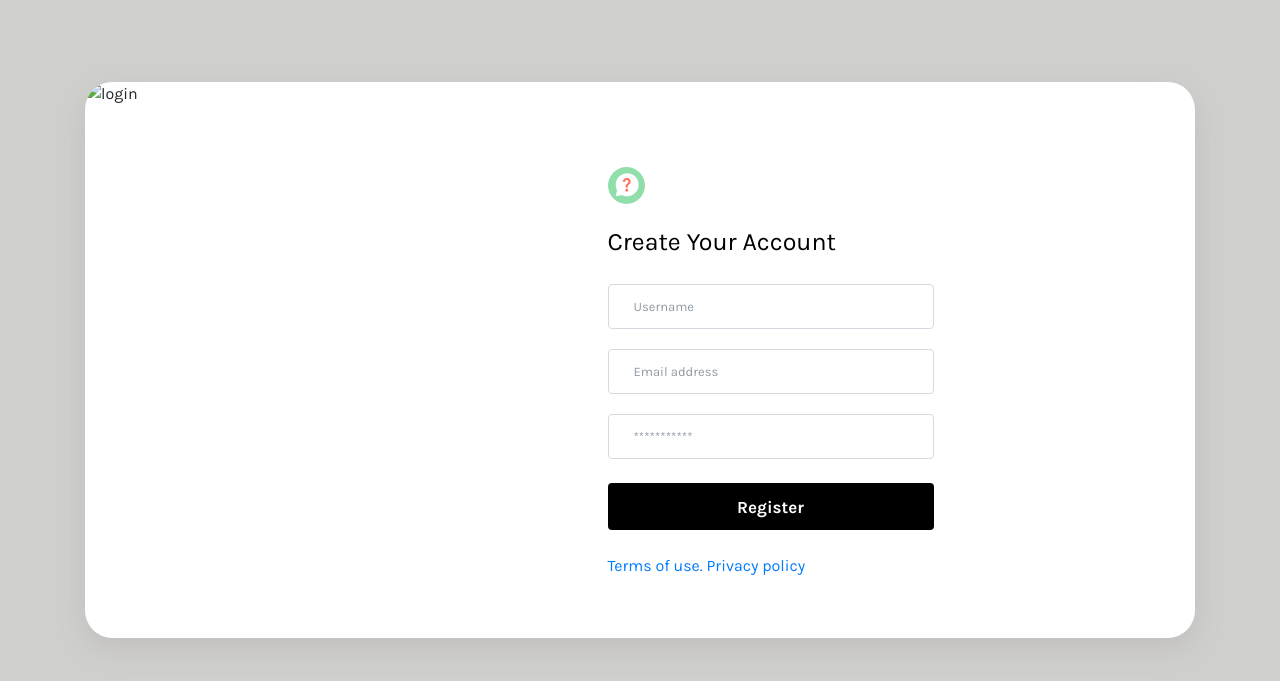
Repository: sara55m/Login
Page: http://localhost/register
An editor plug-in stored every save of this project. The page is shown before and after the next save, followed by the edit.
The browser window is 1280 px wide. The pictures show the whole page.
Some web libraries are served in a nearby version. The page is served by the project's Laravel application, run on PHP 8.4 with Laravel 10. Other server files are loaded and not shown.

Above is the page before, as saved 2024-03-01 17:15:22.

### routes/web.php
<?php

use Illuminate\Support\Facades\Route;

/*
|--------------------------------------------------------------------------
| Web Routes
|--------------------------------------------------------------------------
|
| Here is where you can register web routes for your application. These
| routes are loaded by the RouteServiceProvider and all of them will
| be assigned to the "web" middleware group. Make something great!
|
*/

Route::get('/', function () {
    return view('welcome');
});


Route::get('/register', function () {
    return view('register');
});

### resources/views/register.blade.php
<!DOCTYPE html>
<html lang="en">
<head>
  <meta charset="UTF-8">
  <meta name="viewport" content="width=device-width, initial-scale=1.0">
  <meta http-equiv="X-UA-Compatible" content="ie=edge">
  <title>Register Template</title>
  <link href="https://fonts.googleapis.com/css?family=Karla:400,700&display=swap" rel="stylesheet">
  <link rel="stylesheet" href="https://cdn.materialdesignicons.com/4.8.95/css/materialdesignicons.min.css">
  <link rel="stylesheet" href="https://stackpath.bootstrapcdn.com/bootstrap/4.4.1/css/bootstrap.min.css">
  <link rel="stylesheet" href="assets/css/login.css">
</head>
<body>
  <main class="d-flex align-items-center min-vh-100 py-3 py-md-0">
    <div class="container">
      <div class="card login-card">
        <div class="row no-gutters">
          <div class="col-md-5">
            <img src="assets/images/images.jpg" alt="login" class="login-card-img">
          </div>
          <div class="col-md-7">
            <div class="card-body">
              <div class="brand-wrapper">
                <img src="assets/images/question.svg" alt="logo" class="logo">
              </div>
              <p class="login-card-description">Create Your Account</p>
              <form action="#!">
                <div class="form-group">
                    <label for="username" class="sr-only">Username</label>
                    <input type="text" name="username" id="username" class="form-control" placeholder="Username">
                  </div>
                  <div class="form-group">
                    <label for="email" class="sr-only">Email</label>
                    <input type="email" name="email" id="email" class="form-control" placeholder="Email address">
                  </div>
                  <div class="form-group mb-4">
                    <label for="password" class="sr-only">Password</label>
                    <input type="password" name="password" id="password" class="form-control" placeholder="***********">
                  </div>
                  <input name="register" id="register" class="btn btn-block login-btn mb-4" type="button" value="Register">
                </form>

                  <a href="#!">Terms of use.</a>
                  <a href="#!">Privacy policy</a>
                </nav>
            </div>
          </div>
        </div>
      </div>
      <!-- <div class="card login-card">
        <img src="assets/images/login.jpg" alt="login" class="login-card-img">
        <div class="card-body">
          <h2 class="login-card-title">Login</h2>
          <p class="login-card-description">Sign in to your account to continue.</p>
          <form action="#!">
            <div class="form-group">
              <label for="email" class="sr-only">Email</label>
              <input type="email" name="email" id="email" class="form-control" placeholder="Email">
            </div>
            <div class="form-group">
              <label for="password" class="sr-only">Password</label>
              <input type="password" name="password" id="password" class="form-control" placeholder="Password">
            </div>
            <div class="form-prompt-wrapper">
              <div class="custom-control custom-checkbox login-card-check-box">
                <input type="checkbox" class="custom-control-input" id="customCheck1">
                <label class="custom-control-label" for="customCheck1">Remember me</label>
              </div>
              <a href="#!" class="text-reset">Forgot password?</a>
            </div>
            <input name="login" id="login" class="btn btn-block login-btn mb-4" type="button" value="Login">
          </form>
          <p class="login-card-footer-text">Don't have an account? <a href="#!" class="text-reset">Register here</a></p>
        </div>
      </div> -->
    </div>
  </main>
  <script src="https://code.jquery.com/jquery-3.4.1.min.js"></script>
  <script src="https://cdn.jsdelivr.net/npm/popper.js@1.16.0/dist/umd/popper.min.js"></script>
  <script src="https://stackpath.bootstrapcdn.com/bootstrap/4.4.1/js/bootstrap.min.js"></script>
</body>
</html>

### public/assets/css/login.css
body {
  font-family: "Karla", sans-serif;
  background-color: #d0d0ce;
  min-height: 100vh; }

.brand-wrapper {
  margin-bottom: 19px; }
  .brand-wrapper .logo {
    height: 37px; }

.login-card {
  border: 0;
  border-radius: 27.5px;
  box-shadow: 0 10px 30px 0 rgba(172, 168, 168, 0.43);
  overflow: hidden; }
  .login-card-img {
    border-radius: 0;
    position: absolute;
    width: 100%;
    height: 100%;
    -o-object-fit: cover;
       object-fit: cover; }
  .login-card .card-body {
    padding: 85px 60px 60px; }
    @media (max-width: 422px) {
      .login-card .card-body {
        padding: 35px 24px; } }
  .login-card-description {
    font-size: 25px;
    color: #000;
    font-weight: normal;
    margin-bottom: 23px; }
  .login-card form {
    max-width: 326px; }
  .login-card .form-control {
    border: 1px solid #d5dae2;
    padding: 15px 25px;
    margin-bottom: 20px;
    min-height: 45px;
    font-size: 13px;
    line-height: 15;
    font-weight: normal; }
    .login-card .form-control::-webkit-input-placeholder {
      color: #919aa3; }
    .login-card .form-control::-moz-placeholder {
      color: #919aa3; }
    .login-card .form-control:-ms-input-placeholder {
      color: #919aa3; }
    .login-card .form-control::-ms-input-placeholder {
      color: #919aa3; }
    .login-card .form-control::placeholder {
      color: #919aa3; }
  .login-card .login-btn {
    padding: 13px 20px 12px;
    background-color: #000;
    border-radius: 4px;
    font-size: 17px;
    font-weight: bold;
    line-height: 20px;
    color: #fff;
    margin-bottom: 24px; }
    .login-card .login-btn:hover {
      border: 1px solid #000;
      background-color: transparent;
      color: #000; }
  .login-card .forgot-password-link {
    font-size: 14px;
    color: #919aa3;
    margin-bottom: 12px; }
  .login-card-footer-text {
    font-size: 16px;
    color: #0d2366;
    margin-bottom: 60px; }
    @media (max-width: 767px) {
      .login-card-footer-text {
        margin-bottom: 24px; } }
  .login-card-footer-nav a {
    font-size: 14px;
    color: #919aa3; }

/*# sourceMappingURL=login.css.map */

### public/assets/images/question.svg
<?xml version="1.0" encoding="iso-8859-1"?>
<!-- Generator: Adobe Illustrator 19.0.0, SVG Export Plug-In . SVG Version: 6.00 Build 0)  -->
<svg version="1.1" id="Layer_1" xmlns="http://www.w3.org/2000/svg" xmlns:xlink="http://www.w3.org/1999/xlink" x="0px" y="0px"
	 viewBox="0 0 508 508" style="enable-background:new 0 0 508 508;" xml:space="preserve">
<circle style="fill:#90DFAA;" cx="254" cy="254" r="254"/>
<path style="fill:#FFFFFF;" d="M263.3,87.5c-86.8,0-157.2,70.4-157.2,157.2c0,27.2,6.9,52.8,19.1,75.1l-19.1,82.1l82.1-19.1
	c22.3,12.2,47.9,19.1,75.1,19.1c86.8,0,157.2-70.4,157.2-157.2S350.1,87.5,263.3,87.5z"/>
<path style="fill:#FF7058;" d="M271.6,280.3h-29.3v-15.8c0-6.9,0.8-12.1,2.5-15.4c1.6-3.4,5.2-7.8,10.8-13.3l18.9-18.9
	c4-4.3,6-9.7,6-16.1c0-6.4-2.1-11.7-6.2-15.9c-4.2-4.2-9.5-6.4-16.1-6.4s-12,2-16.5,6.1c-4.4,4.1-7,9.5-7.7,16.2h-31.4
	c1.7-15.4,7.7-27.4,18-36.1c10.3-8.7,23.1-13.1,38.5-13.1s27.9,4.2,37.6,12.6c9.7,8.4,14.5,20.1,14.5,35.1c0,10.4-2.8,19-8.5,25.9
	c-3.3,4.1-5.8,7.1-7.5,8.8s-4,3.9-6.9,6.6c-2.9,2.7-5.3,5-7.3,7s-3.6,3.7-4.8,5.1c-3.1,3.8-4.7,9.2-4.7,16.1v11.5H271.6z
	 M257.5,337.9c-5.4,0-10.1-1.9-14.1-5.6s-6-8.2-6-13.5s1.9-9.8,5.8-13.6c3.9-3.8,8.6-5.7,14-5.7c5.4,0,10.1,1.9,14.1,5.6
	s5.9,8.2,5.9,13.5s-1.9,9.8-5.8,13.6C267.6,336,262.9,337.9,257.5,337.9z"/>
<g>
</g>
<g>
</g>
<g>
</g>
<g>
</g>
<g>
</g>
<g>
</g>
<g>
</g>
<g>
</g>
<g>
</g>
<g>
</g>
<g>
</g>
<g>
</g>
<g>
</g>
<g>
</g>
<g>
</g>
</svg>

### public/assets/images/email.svg
<?xml version="1.0" encoding="iso-8859-1"?>
<!-- Generator: Adobe Illustrator 19.0.0, SVG Export Plug-In . SVG Version: 6.00 Build 0)  -->
<svg version="1.1" id="Layer_1" xmlns="http://www.w3.org/2000/svg" xmlns:xlink="http://www.w3.org/1999/xlink" x="0px" y="0px"
	 viewBox="0 0 512 512" style="enable-background:new 0 0 512 512;" xml:space="preserve">
<path style="fill:#5DDDD3;" d="M255.999,0C397.385,0,512,114.613,512,256.001C512,397.385,397.385,512,255.999,512
	S0,397.385,0,256.001C0,114.613,114.615,0,255.999,0z"/>
<g>
	<path style="fill:#F5A209;" d="M450.359,244.56H61.643l194.358-114.723L450.359,244.56z"/>
	<path style="fill:#F5A209;" d="M61.641,244.56h388.716v229.45H61.641V244.56z"/>
</g>
<path style="fill:#FFFFFF;" d="M101.578,77.635h244.43l64.413,64.413v331.965H101.578V77.637V77.635z"/>
<path style="fill:#ECF0F1;" d="M148.146,162.641h215.701v4.864H148.146V162.641z M148.146,215.039L148.146,215.039h215.701v4.868
	H148.146V215.039z M148.146,224.064L148.146,224.064h215.701v4.866H148.146V224.064z M148.146,233.088L148.146,233.088h215.701
	v4.864H148.146V233.088z M148.146,242.113L148.146,242.113h215.712v4.864H148.146V242.113z M148.146,171.665L148.146,171.665
	h215.701v4.866H148.146V171.665z M148.146,180.69L148.146,180.69h215.701v4.866H148.146V180.69z M148.146,189.714L148.146,189.714
	h215.712v4.864H148.146V189.714z M148.144,198.739L148.144,198.739h165.225v4.864H148.144V198.739z M148.144,251.139
	L148.144,251.139h165.225v4.866H148.144V251.139z"/>
<path style="fill:#FFCA4F;" d="M346.01,77.635v64.413h64.413L346.01,77.635z"/>
<path style="fill:#B3B3B3;" d="M218.214,426.22h73.188v7.15h-73.188V426.22z"/>
<g>
	<path style="fill:#FBB429;" d="M61.641,244.56l194.358,114.723L61.641,474.01V244.56z"/>
	<path style="fill:#FBB429;" d="M450.359,244.56L256.001,359.283L450.359,474.01V244.56z"/>
</g>
<path style="fill:#F5A209;" d="M255.999,359.283L61.641,474.01h388.716L255.999,359.283z"/>
<path style="fill:#F7FAFA;" d="M410.42,206.456v-64.41h-64.41L410.42,206.456z"/>
<path style="fill:#FFCA4F;" d="M103.842,16.605c33.759,0,61.127,27.367,61.127,61.127s-27.369,61.127-61.127,61.127
	c-33.761,0-61.127-27.369-61.127-61.127C42.715,43.971,70.083,16.605,103.842,16.605z"/>
<g>
	<path style="fill:#FFFFFF;" d="M108.481,93.852c-1.905,2.207-4.039,3.98-6.412,5.318c-2.359,1.336-4.732,1.998-7.106,1.998
		c-2.615,0-5.153-0.765-7.631-2.282c-2.463-1.532-4.46-3.876-6.008-7.047c-1.548-3.168-2.313-6.654-2.313-10.44
		c0-4.67,1.202-9.342,3.59-14.029c2.388-4.67,5.36-8.184,8.908-10.544c3.545-2.344,7-3.515,10.334-3.515
		c2.553,0,4.987,0.659,7.313,1.998c2.315,1.338,4.313,3.38,5.98,6.099l1.548-6.835h7.84l-6.339,29.56
		c-0.889,4.116-1.323,6.383-1.323,6.817c0,0.798,0.3,1.488,0.902,2.059c0.602,0.571,1.336,0.855,2.176,0.855
		c1.561,0,3.605-0.886,6.129-2.674c3.349-2.344,6.008-5.483,7.962-9.432c1.951-3.936,2.926-7.99,2.926-12.182
		c0-4.897-1.261-9.463-3.768-13.699c-2.509-4.249-6.264-7.644-11.251-10.2c-4.97-2.538-10.484-3.814-16.508-3.814
		c-6.879,0-13.172,1.607-18.852,4.807c-5.693,3.215-10.109,7.812-13.231,13.805c-3.142,5.995-4.703,12.42-4.703,19.286
		c0,7.181,1.561,13.355,4.688,18.536c3.138,5.197,7.66,9.027,13.577,11.505c5.918,2.476,12.466,3.709,19.663,3.709
		c7.706,0,14.149-1.29,19.345-3.889c5.197-2.582,9.086-5.739,11.672-9.448h7.929c-1.501,3.08-4.07,6.233-7.704,9.432
		c-3.636,3.199-7.962,5.739-12.978,7.6c-5.018,1.863-11.071,2.794-18.131,2.794c-6.52,0-12.528-0.842-18.025-2.509
		c-5.512-1.667-10.197-4.176-14.074-7.523c-3.876-3.365-6.791-7.228-8.758-11.582c-2.463-5.541-3.695-11.52-3.695-17.934
		c0-7.135,1.473-13.952,4.403-20.426c3.587-7.931,8.681-14.014,15.275-18.236c6.595-4.22,14.585-6.324,23.989-6.324
		c7.285,0,13.833,1.486,19.632,4.46c5.799,2.974,10.38,7.404,13.714,13.293c2.855,5.062,4.282,10.577,4.282,16.523
		c0,8.502-2.99,16.043-8.967,22.635c-5.349,5.92-11.176,8.879-17.513,8.879c-2.031,0-3.651-0.317-4.897-0.933
		c-1.248-0.615-2.161-1.502-2.749-2.659C108.933,96.93,108.664,95.653,108.481,93.852z M87.123,81.954L87.123,81.954
		c0,4.026,0.961,7.148,2.871,9.373c1.905,2.238,4.086,3.349,6.562,3.349c1.638,0,3.365-0.498,5.197-1.473
		c1.817-0.992,3.561-2.447,5.214-4.385c1.665-1.938,3.018-4.401,4.07-7.375c1.065-2.974,1.592-5.962,1.592-8.965
		c0-3.982-0.992-7.091-2.974-9.285c-1.982-2.207-4.403-3.305-7.241-3.305c-1.876,0-3.651,0.481-5.318,1.427
		c-1.654,0.961-3.259,2.494-4.82,4.61c-1.548,2.103-2.809,4.67-3.742,7.706c-0.946,3.018-1.411,5.797-1.411,8.321V81.954z"/>
	<path style="fill:#FFFFFF;" d="M473.318,59.119l18.644,16.812l1.707,1.539l-1.707,1.537l-18.644,16.812l-2.767-3.074l14.638-13.203
		h-68.45v-4.145h68.45l-14.638-13.203l2.767-3.074V59.119z"/>
	<path style="fill:#FFFFFF;" d="M405.645,70.798l-18.642,16.814l-1.707,1.537l1.707,1.539l18.642,16.814l2.767-3.076l-14.638-13.203
		h68.45v-4.143h-68.45l14.638-13.205l-2.767-3.076V70.798z"/>
</g>
<g>
</g>
<g>
</g>
<g>
</g>
<g>
</g>
<g>
</g>
<g>
</g>
<g>
</g>
<g>
</g>
<g>
</g>
<g>
</g>
<g>
</g>
<g>
</g>
<g>
</g>
<g>
</g>
<g>
</g>
</svg>

After the next save:
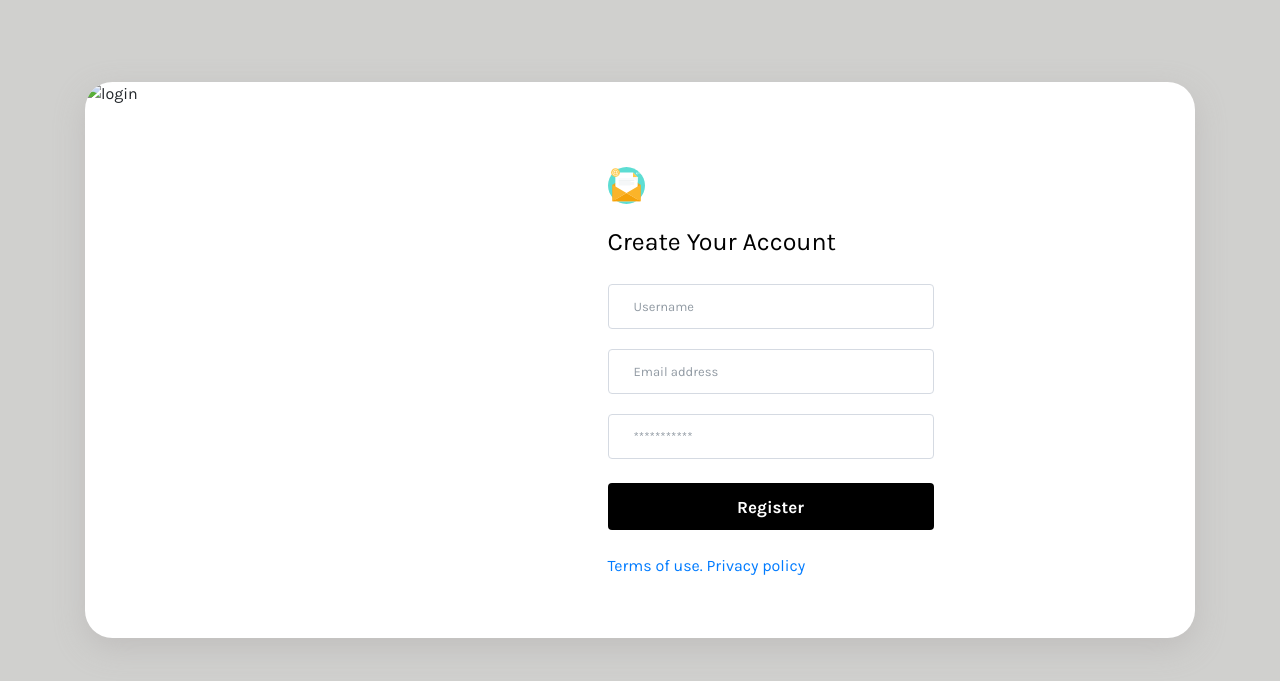
Saved 114 s later.
--- a/resources/views/register.blade.php
+++ b/resources/views/register.blade.php
@@ -21,7 +21,7 @@
           <div class="col-md-7">
             <div class="card-body">
               <div class="brand-wrapper">
-                <img src="assets/images/question.svg" alt="logo" class="logo">
+                <img src="assets/images/email.svg" alt="logo" class="logo">
               </div>
               <p class="login-card-description">Create Your Account</p>
               <form action="#!">
